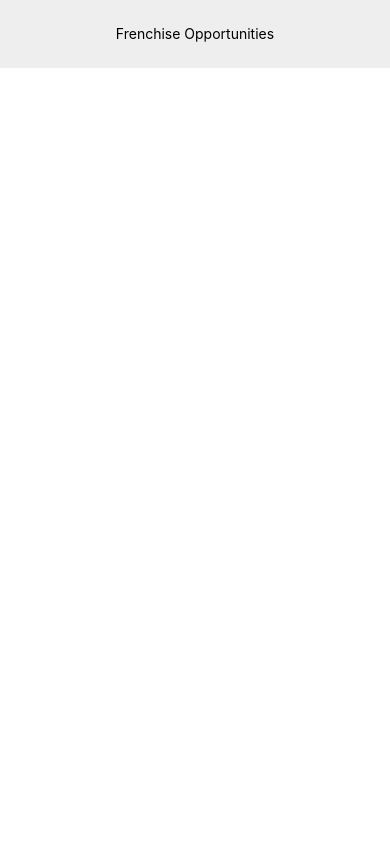
Repository: dodibahari019/TestFrontend
Screen: /
The author's editor kept a copy of each file at every save. The screen is drawn from the files as they stood at one save, then again after the next save.
The app was drawn by React Native's web renderer in a window 390 px wide. The project was rebuilt for these pictures with package versions that can differ from the ones it lists, and the page was loaded fresh each time. Some packages were replaced by stand-ins written for this rebuild.

Above is the screen before, as saved 2024-12-30 15:03:44.

After the next save:
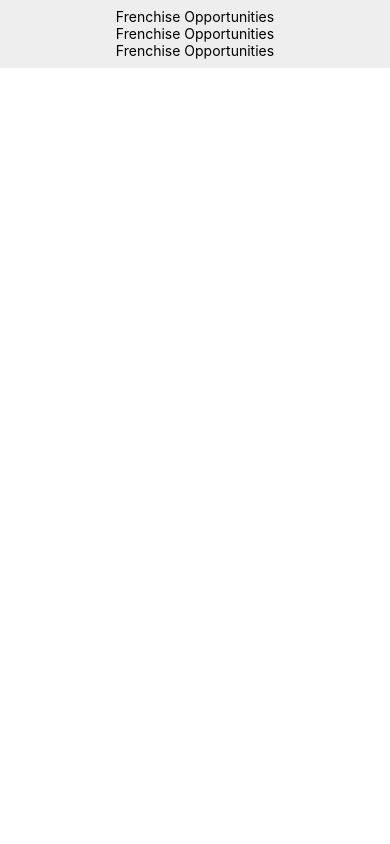
Saved 5 s later.
--- a/App.js
+++ b/App.js
@@ -8,6 +8,12 @@ export default function App() {
       {/* <Text>Open up App.js to start working on your app!</Text> */}
       <View style={{ width:'100%', height:'8%', position:'absolute', top:0, backgroundColor:'#eeeeee', justifyContent:'center', alignItems:'center' }}>
         <View>
+          <TouchableOpacity>
+            <Text style={{ color:'#000000' }}>Frenchise Opportunities</Text>
+          </TouchableOpacity>
+          <TouchableOpacity>
+            <Text style={{ color:'#000000' }}>Frenchise Opportunities</Text>
+          </TouchableOpacity>
           <TouchableOpacity>
             <Text style={{ color:'#000000' }}>Frenchise Opportunities</Text>
           </TouchableOpacity>
